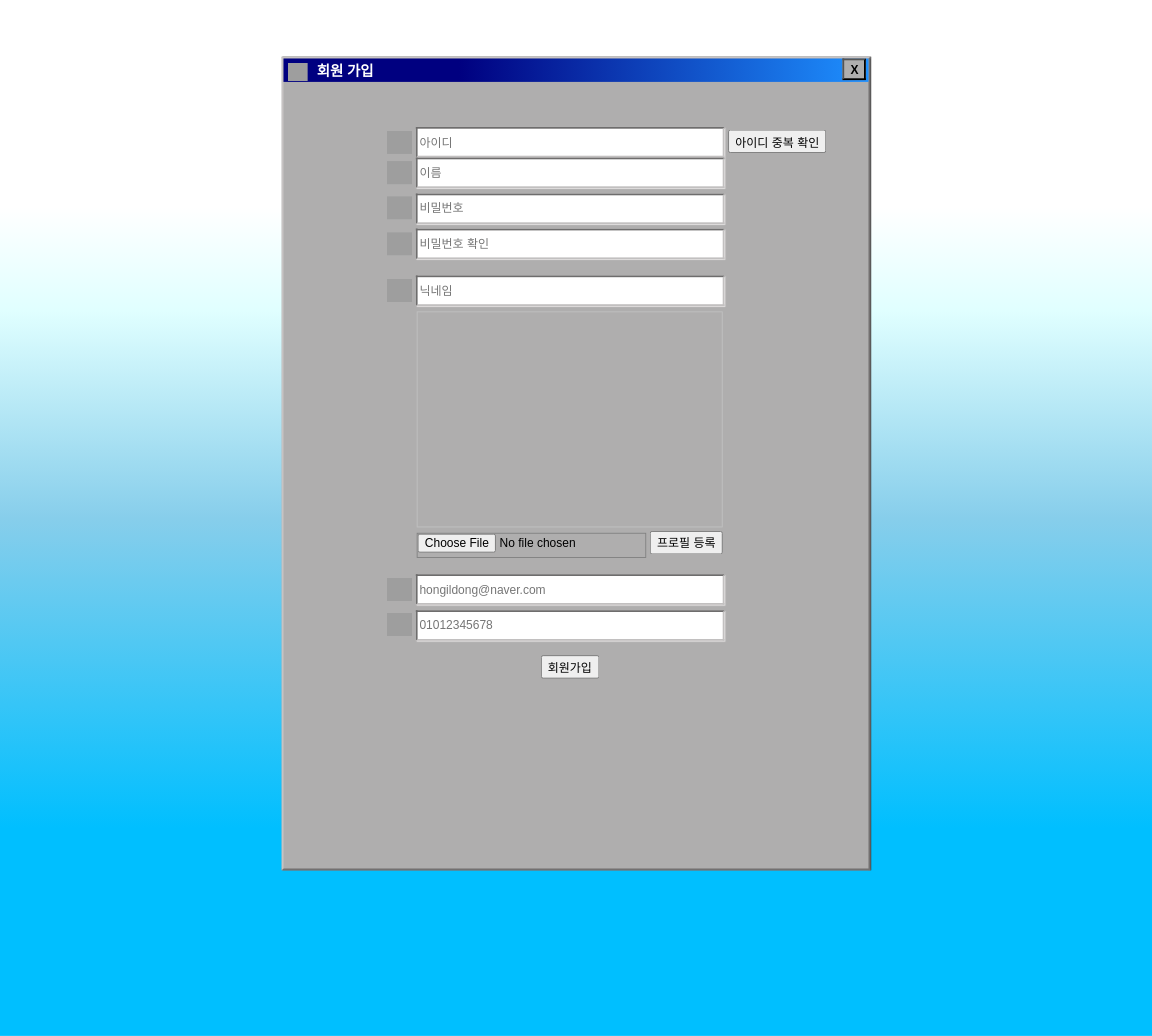
Repository: SEOGWANGWON/semi-finally
Page: http://localhost/semi_team/SHINeeRegister.jsp
An editor plug-in stored every save of this project. The page is shown before and after the next save, followed by the edit.
The browser window is 1280 px wide. The pictures show the whole page, at 90% of full size.
Pictures or frames that could not be fetched are drawn as grey boxes. The page is served by Tomcat 9. Other server files are loaded and not shown.

Above is the page before, as saved 2023-11-17 07:43:55.

### semi_team/src/main/webapp/SHINeeRegister.jsp
<%@ page language="java" contentType="text/html; charset=UTF-8"
    pageEncoding="UTF-8"%>
<!DOCTYPE html>
<html lang="ko">
    <head>
        <meta charset="UTF-8">
        <title>SHINee Music회원가입 페이지</title>
        <link rel="stylesheet" type="text/css" href="css/광원님.css">
    </head>
    <body>
        <div class="pageColor">

            <div class="TabColor"><img src="images/mypage.png" class="TabiconImage"><strong class="TabTextStyle">회원 가입</strong>
                <button id="pageCloseButton" type="button" class="pageCloseButton" onclick="closeButton()"><Strong class="pageCloseButtonText">X</Strong></button>
            </div>
            <form id="divid" action="RegisterCheck" method="post">  <!--  <div>로 묶어서 한번에 css 설정할수 있엇지만 또 뭐가 엉킹까봐 시도하지 않음.  -->
	                    <label for="id">
	                        <img class="iconImg" src="images/user.png">
	                    </label>
	                    <input id="id" name="id" type="text" oninput="idCheck()"  placeholder="아이디" autocomplete="off">
	                    									<!--  oninput = 입력할때마다 실시간 체크   autocomplete="off" 자동완성 기능 off -->

	                    <button id="idButton" name="idButton" onclick="checkDuplicate()">아이디 중복 확인</button> <!--  onclick="idDbCheck()" -->
	                    <span id="ruleid"></span> <!--  <input type="hidden" name="idCheckBox" id="idCheckBox" value="idUnCheck">  -->
	                </form>
                <form id="createAccount" action="SHINeeRegisterServlet" method="post" enctype="multipart/form-data">
	                <input type="hidden" name="idValue" value="">
	                <div>
	                    <label for="name">
	                        <img class="iconImg" src="images/name.png">
	                    </label>
	                    <input id="name" name="name" type="text" oninput="nameCheck()" placeholder="이름" autocomplete="off">
	                    <p id="rulename"></p>
	                </div>
	                <div>
	                    <label for="pw">
	                        <img class="iconImg" src="images/password.png">
	                    </label>
	                    <input id="pw" name="pw" type="password" oninput="pwCheck()"  placeholder="비밀번호" autocomplete="off">
	                    <p id="rulepm"></p>
	                </div>
	                <div>
	                    <label for="checkpw">
	                       <img class="iconImg" src="images/passwordcheck.png">
	                    </label>
	                    <input id="checkpw" type="password" oninput="pwCheck()" placeholder="비밀번호 확인">
	                    <span id="checkpm"></span>
	                </div>
	                <br>
	                <div>
	                    <label for="nickname">
	                        <img class="iconImg" src="images/profile.png">
	                    </label>
	                    <input id="nickname" name="nickname" type="text" oninput="nicknameCheck()" placeholder="닉네임" autocomplete="off">
	                    <p id="rulenickname"></p>
	                </div>

	                <div>
	                    <div id="profileContainer">
	                        <!-- 프로필 사진을 표시할 컨테이너 -->
	                        <img id="uploadProfile">
	                    </div>
	                    <input type="file" id="profileInput" name="profileInput" accept="image/*" style="margin: 0 0 0 6%;">
	                    <button id="profileUploadButton" type="button">프로필 등록</button>
	                </div>
	                <br>
	                <div>
	                    <label for="emailid">
	                        <img class="iconImg" src="images/email.png">
	                    </label>
	                    <input id="emailid" type="email" name="emailid"  oninput="userEmailCheck()" placeholder="hongildong@naver.com" autocomplete="off">
	                    <p id="ruleemail"></p>
	                </div>
	                <div>
	                    <label for="phoneNumber">
	                        <img class="iconImg" src="images/phone.png">
	                    </label>
	                    <input id="phoneNumber" name="phoneNumber" type="text" oninput="userPhoneCheck()" placeholder="01012345678" autocomplete="off">
	                    <p id="rulephoneNumber"></p>
	                </div>
	                <button id="createUserButton" onclick="CreateUser()">회원가입</button>

            	</form>
            	</div>


       	<script src="https://code.jquery.com/jquery-3.7.1.js"
        integrity="sha256-eKhayi8LEQwp4NKxN+CfCh+3qOVUtJn3QNZ0TciWLP4="
        crossorigin="anonymous"></script>
       	<script src="js/CreateAccountPage.js">
        </script>
    </body>
</html>

### semi_team/src/main/webapp/css/광원님.css
@charset "UTF-8";
body{
    background: linear-gradient(white 20%,lightCyan 30%, skyBlue 50%, deepSkyBlue 80% ) ;
    height: 1080px;
}
.pageColor{
    width: 650px;
    height: 900px;
    margin: 0 auto;
    margin-top: 5%;
    border: 2px outset rgb(199, 195, 195);
    box-shadow: 1px 0 0 0 rgb(41, 41, 41);
    background-color: rgb(175, 174, 174);
}
#phoneNumber{
    width: 335px;
    height: 28px;
    border: 2px inset rgb(194, 192, 192);
    box-shadow: 1px 1px 1px 0 rgb(224, 222, 222);
}
#nickname{
    width: 335px;
    height: 28px;
    border: 2px inset rgb(194, 192, 192);
    box-shadow: 1px 1px 1px 0 rgb(224, 222, 222);

}
#id{
    width: 335px;
    height: 28px;
    border: 2px inset rgb(194, 192, 192);
    box-shadow: 1px 1px 1px 0 rgb(224, 222, 222);
}
#pw,#checkpw{
    width: 335px;
    height: 28px;
    border: 2px inset rgb(194, 192, 192);
    box-shadow: 1px 1px 1px 0 rgb(224, 222, 222);
}
#divid{
	width: 550px;
	padding: 50px 0 0 50px;
	margin-left: 10%;
	border-radius: 5%;

}

#createAccount{
    width: 550px;
    height: 650px;
    margin-left: 10%;
    padding: 0 0 50px 50px;
    border-radius: 5%;
}
#emailid{
    width: 335px;
    height: 28px;
    border: 2px inset rgb(194, 192, 192);
    box-shadow: 1px 1px 1px 0 rgb(224, 222, 222);
}
input{
    border: 1.5px solid gray;
}
button{
    height: 26px;
}
input{
    height: 26px;
}
.pawnTab{
    width: 600px;

}
.iconImg{
    width: 28px;
    height: 26px;
    margin-bottom: -8px;
}
.TabColor{
    height: 26px;
    background: linear-gradient(to right,navy 30%, dodgerblue );
}
.TabiconImage{
    margin: 0 -3px -6px 5px;
    width: 22px;
    height: 20px;
}
.TabTextStyle{
    margin: 0 0 0 2%;
    color: white;
}
.pageCloseButton{
    float: right;
    margin: 0 0.5% -5% 0;
    width: 26px;
    height: 24px;
    padding: 3px;
    background-color: rgb(175, 174, 174);
}
.pageCloseButtonText{
    margin: 0 0 0 10%;
}
#uploadProfile{
    width: 340px;
    height: 240px;
    margin: 0 0 0 6%;
}
@font-face {
    font-family: 'Ramche';
    src: url('https://cdn.jsdelivr.net/gh/projectnoonnu/noonfonts_2307-1@1.1/Ramche.woff2') format('woff2');
    font-weight: normal;
    font-style: normal;
}
#checkpm{
    width: 150px;
    margin: 0;
    padding: 0;
}
#name{
    width: 335px;
    height: 28px;
    border: 2px inset rgb(194, 192, 192);
    box-shadow: 1px 1px 1px 0 rgb(224, 222, 222);
}
#createUserButton{
    margin: 2% 0 0 31%;
}

#ruleid, #rulephoneNumber, #ruleemail, #rulenickname, #rulepm, #rulename{
    font-size: 13px;
    font-weight: 800;
    color: rgb(255, 0, 0);
    padding: 0;
    margin: 1% 0 1% 6%;
}

### semi_team/src/main/webapp/js/CreateAccountPage.js
document.getElementById("profileUploadButton").addEventListener("click", function(){
    var fileInput = document.getElementById("profileInput");
    var uploadImage = document.getElementById("uploadProfile");
    var imageContainer = document.getElementById("profileContainer");

    if(fileInput.files.length > 0){
        var file = fileInput.files[0];
        var reader = new FileReader();

        reader.onload = function(e){
            uploadImage.src = e.target.result;
            imageContainer.style.display = "block";
        };

        reader.readAsDataURL(file);
    } else{
        alert("프로필 사진을 넣어야 합니다.");
    };
});

function closeButton(){

    if(confirm("회원가입을 취소하시겠습니까?.")){
        alert("회원가입이 취소되었습니다.")
        var pageMove = "https://music.apple.com/kr/browse";
        location.href=pageMove;
    };
};

function idCheck(){

	var userid = document.getElementById("id").value;
	const idPattarn =  /^[A-za-z0-9]{4,12}$/;

	if(idPattarn.test(userid)){
		$('#ruleid').text('조건 일치').css('color', 'green');
	}else{
        $('#ruleid').text("아이디는 4 ~ 12 자의 숫자,영어 로만 구성되어야합니다").css('color', 'red');
     };

     document.userInfo.idCheckBox.value = "idUnCheck"

};


function nameCheck(){

    var username = document.getElementById("name").value;
    const namePattarn = /^[가-힣]{1,15}$/;

    if(namePattarn.test(username)){
		$('#rulename').text('조건 일치').css('color', 'green');
	}else{
        $('#rulename').text("이름은 15자 이하의 한글로만 구성되어야 합니다.").css('color', 'red');
     };
};


function pwCheck(){

	var password = document.getElementById("pw").value;
    const passwordPattarn = /^(?=.*[a-z])(?=.*[A-Z])(?=.*\d)(?=.*[@$!%*?&])[A-Za-z\d@$!%*?&]{6,32}$/;

    if(passwordPattarn.test(password)){
		$('#rulepm').text('조건 일치').css('color', 'green');
	}else{
        $('#rulepm').text("비밀번호는 6 ~ 32자의 영문, 대문자, 소문자, 특수문자, 숫자를 포함해야합니다.").css('color', 'red');
     };

    if($('#pw').val() == $('#checkpw').val()){
        $('#checkpm').text('비밀번호 일치').css('color', 'green');
    }else{
        $('#checkpm').text('비밀번호가 불일치').css('color', 'red');
    };
};

function nicknameCheck(){

    var userNickname = document.getElementById("nickname").value;
    const nicknamePattarn =  /^[가-힣A-za-z0-9]{1,20}$/;

    if(nicknamePattarn.test(userNickname)){
		$('#rulenickname').text('조건 일치').css('color', 'green');
	}else{
        $('#rulenickname').text("닉네임은 20자 이하의 영어,숫자,한글로만 구성되어야 합니다.").css('color', 'red');
     };

};

function userEmailCheck(){

    var userEmail = document.getElementById("emailid").value;
    const emailPattarn =  /^[A-Za-z-0-9\-\.]+@[A-Ja-z-0-9\-\.]+\.[A-Ja-z-0-9]+$/;

    if(emailPattarn.test(userEmail)){
		$('#ruleemail').text('조건 일치').css('color', 'green');
	}else{
        $('#ruleemail').text("이메일은 80자 이하의 @과.를 포함한 영어, 숫자로만 구성되어야 합니다.").css('color', 'red');
     };
};

function userPhoneCheck(){

    var userPhone = document.getElementById("phoneNumber").value;
    const phonePattarn = /^(010|011)[0-9]{8}$/;

    if(phonePattarn.test(userPhone)){
		$('#rulephoneNumber').text('조건 일치').css('color', 'green');
	}else{
        $('#rulephoneNumber').text("올바른 번호가 아닙니다.").css('color', 'red');
     };
}






function CreateUser(){

    var userid = document.getElementById("id").value;
    var username = document.getElementById("name").value;
    var password = document.getElementById("pw").value;
    var passwordCheck = document.getElementById("checkpw").value;
    var userNickname = document.getElementById("nickname").value;
    var userEmail = document.getElementById("emailid").value;
    var userPhone = document.getElementById("phoneNumber").value;
    //var idCheckBox = document.getElementById("idCheckBox").value;



    const idPattarn =  /^[A-za-z0-9]{4,12}$/;
    const namePattarn = /^[가-힣]{1,15}$/;
    const passwordPattarn = /^(?=.*[a-z])(?=.*[A-Z])(?=.*\d)(?=.*[@$!%*?&])[A-Za-z\d@$!%*?&]{6,32}$/;
    const nicknamePattarn =  /^[가-힣A-za-z0-9]{1,20}$/;
    const emailPattarn =  /^[A-Za-z-0-9\-\.]+@[A-Ja-z-0-9\-\.]+\.[A-Ja-z-0-9]+$/;
    const phonePattarn = /^(010|011)[0-9]{8}$/;

    if(!userid.match(idPattarn)){
        alert("아이디는 4 ~ 12 자의 숫자,영어 로만 구성되어야합니다");
        return false;
   /* else if(idCheckBox !="idOnCheck"){
        alert("아이디 중복체크를 하셔야합니다.")
        return false;
        }*/

    }else if(!username.match(namePattarn)){
        alert("이름은 15자 이하의 한글로만 구성되어야 합니다.");
        return false;
    }else if(!password.match(passwordPattarn)){
        alert("비밀번호는 6 ~ 32자의 영문, 대문자, 소문자, 특수문자, 숫자를 포함해야합니다.");
        return false;
    }else if(password !== passwordCheck){
        alert("비밀번호가 일치하지 않습니다.");
        return false;
    }else if(!userNickname.match(nicknamePattarn)){
        alert("닉네임은 20자 이하의 영어,숫자,한글로만 구성되어야 합니다.");
        return false;
    }else if(!userEmail.match(emailPattarn)){
        alert("이메일은 80자 이하의 @과.를 포함한 영어, 숫자로만 구성되어야 합니다.")
        return false;
    }else if(!userPhone.match(phonePattarn)){
        alert("올바른 번호가 아닙니다.");
        return false;
    }
    alert("SHINee Musci에 오신걸 환영합니다!")



	/*
	var idCheckResult = $('#idCheckBox').val();

    // 아이디 중복 확인이 되었는지 확인
    if (idCheckResult === 'idUnCheck') {
        alert('아이디 중복 확인을 해주세요.');
        return;
    }
    */





    //alert("회원가입이 정상적으로 완료되었습니다!.");
    //var pageMove = "https://music.apple.com/kr/browse";
    //location.href=pageMove;     // ( 현재 페이지에서 이동 )

    // window.open(사이트링크) ( 새창 열기 )


     }

After the next save:
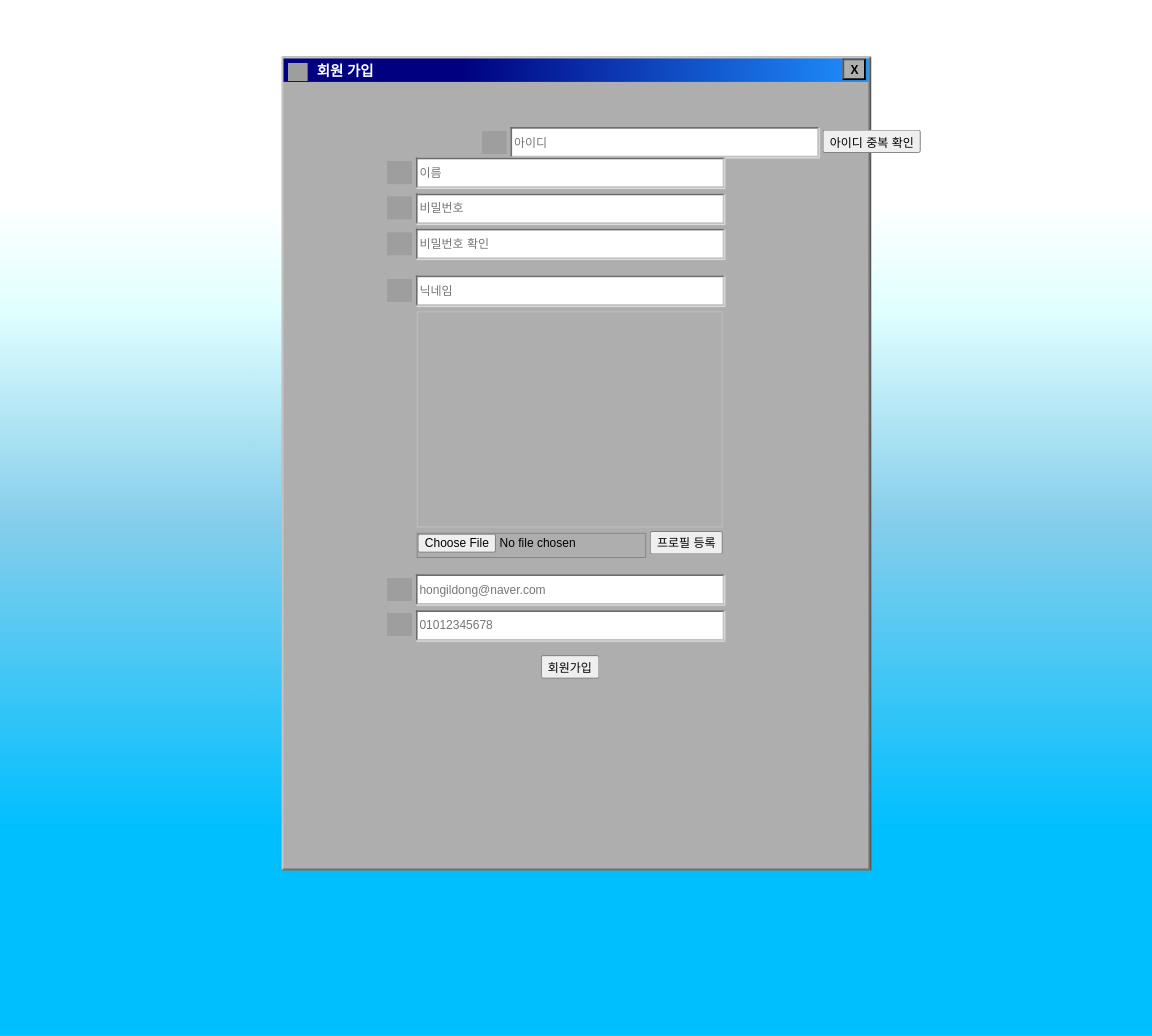
Saved 30 min 53 s later.
--- a/semi_team/src/main/webapp/SHINeeRegister.jsp
+++ b/semi_team/src/main/webapp/SHINeeRegister.jsp
@@ -9,22 +9,19 @@
     </head>
     <body>
         <div class="pageColor">
-
             <div class="TabColor"><img src="images/mypage.png" class="TabiconImage"><strong class="TabTextStyle">회원 가입</strong>
                 <button id="pageCloseButton" type="button" class="pageCloseButton" onclick="closeButton()"><Strong class="pageCloseButtonText">X</Strong></button>
             </div>
-            <form id="divid" action="RegisterCheck" method="post">  <!--  <div>로 묶어서 한번에 css 설정할수 있엇지만 또 뭐가 엉킹까봐 시도하지 않음.  -->
+                <form id="createAccount" action="SHINeeRegisterServlet" method="post" enctype="multipart/form-data">
+	                <div id="divid">
 	                    <label for="id">
 	                        <img class="iconImg" src="images/user.png">
 	                    </label>
 	                    <input id="id" name="id" type="text" oninput="idCheck()"  placeholder="아이디" autocomplete="off">
 	                    									<!--  oninput = 입력할때마다 실시간 체크   autocomplete="off" 자동완성 기능 off -->
-
-	                    <button id="idButton" name="idButton" onclick="checkDuplicate()">아이디 중복 확인</button> <!--  onclick="idDbCheck()" -->
+	                    <button id="idButton" type="button" name="idButton" onclick="selectIdCheck()">아이디 중복 확인</button> <!--  onclick="idDbCheck()" -->
 	                    <span id="ruleid"></span> <!--  <input type="hidden" name="idCheckBox" id="idCheckBox" value="idUnCheck">  -->
-	                </form>
-                <form id="createAccount" action="SHINeeRegisterServlet" method="post" enctype="multipart/form-data">
-	                <input type="hidden" name="idValue" value="">
+	                </div>
 	                <div>
 	                    <label for="name">
 	                        <img class="iconImg" src="images/name.png">
@@ -81,13 +78,25 @@
 	                <button id="createUserButton" onclick="CreateUser()">회원가입</button>
 
             	</form>
-            	</div>
 
-
+       	</div>
        	<script src="https://code.jquery.com/jquery-3.7.1.js"
         integrity="sha256-eKhayi8LEQwp4NKxN+CfCh+3qOVUtJn3QNZ0TciWLP4="
         crossorigin="anonymous"></script>
        	<script src="js/CreateAccountPage.js">
         </script>
+        <script>
+
+        // <>%% 이 꺽쌔 문구는 jsp 전용이라 jsp 파일 내에서만 된다 ^^
+
+        function selectIdCheck(){
+        	id = document.getElementById("id").value;
+        	 <% %>
+
+
+        }
+
+
+        </script>
     </body>
 </html>
